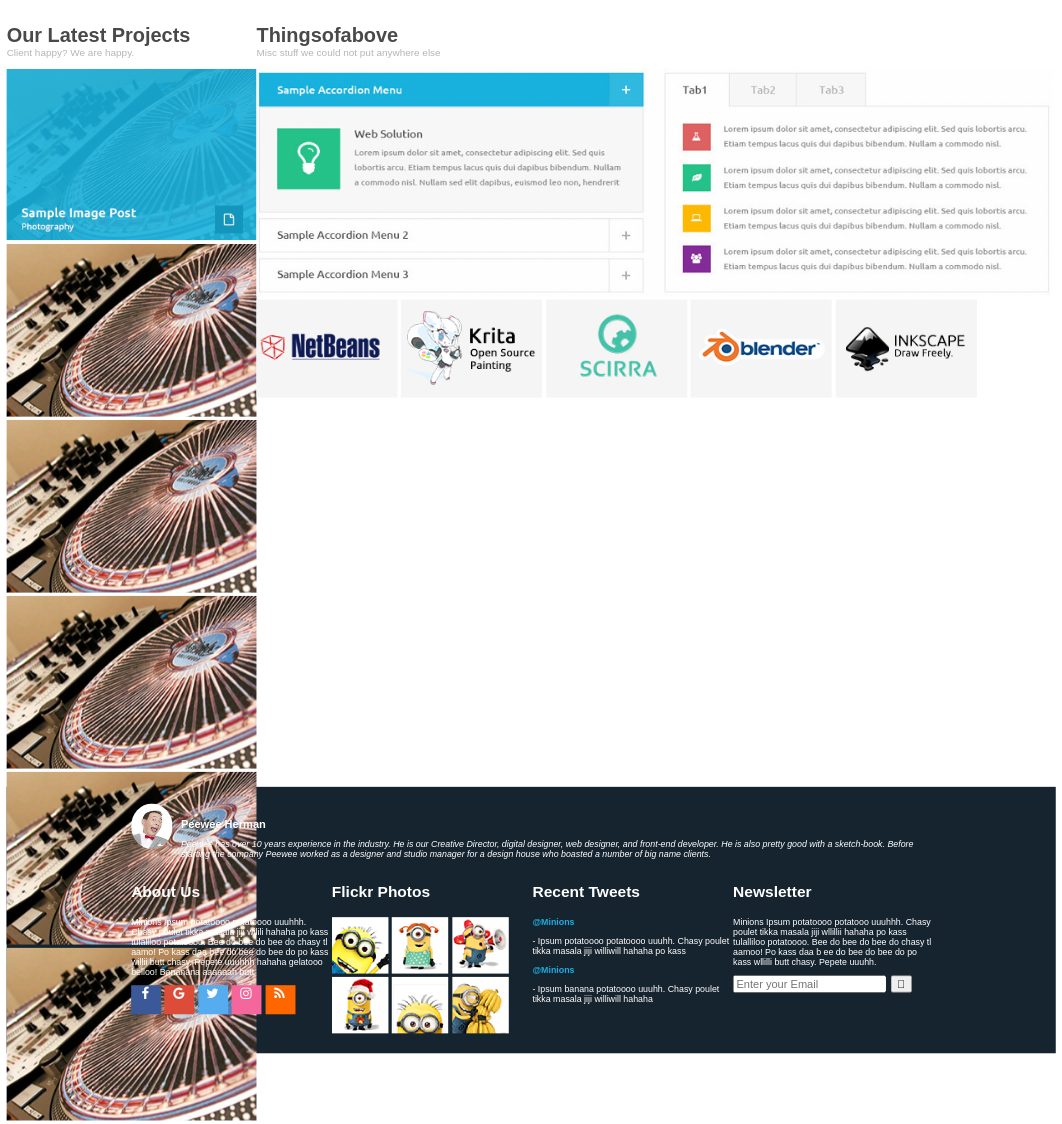
Repository: atran02/project1
Page: index.html
The author's editor kept a copy of each file at every save. The page is drawn from the files as they stood at one save, then again after the next save.
The browser window is 1280 px wide. The pictures show the whole page, at 83% of full size.

Above is the page before, as saved 2022-01-28 23:10:10.

### index.html
<!DOCTYPE html>
<html lang="en">
<head>
  <meta charset="UTF-8">
  <meta http-equiv="X-UA-Compatible" content="IE=edge">
  <meta name="viewport" content="width=device-width, initial-scale=1.0">
  <title>Metrolics</title>
</head>
<link rel="stylesheet" href="/css/metrolics.css">
<body>
  <!-- PART 1: Angelyne -->


  <!-- PART 2: Marian -->

  <!--Our Latest Projects Section-->

<div class="lowerpage">
<div class="latestprojects">
  <h2>Our Latest Projects</h2>
  <p>Client happy? We are happy.</p>
      <div class="gallery">
        <img src="/img/sampleimagepost1.png" alt="Sample Image Post Photography" width="301" height="208">
        <img src="/img/latestprojectphoto2.png" alt="Sample Image Post Photography" width="301" height="208">
        <img src="/img/latestprojectphoto2.png" alt="Sample Image Post Photography" width="301" height="208">
        <img src="/img/latestprojectphoto2.png" alt="Sample Image Post Photography" width="301" height="208">
        <img src="/img/latestprojectphoto2.png" alt="Sample Image Post Photography" width="301" height="208">
        <img src="/img/latestprojectphoto2.png" alt="Sample Image Post Photography" width="301" height="208">
      </div>
</div>

  <!--Things of Above Section-->

  <div class="Thingsofabove">
  <h2>Thingsofabove</h2>
  <p>Misc stuff we could not put anywhere else</p>
      <div class="menutabgallery">
        <img src="/img/sampleaccordionmenu.png" alt="Sample Accordion Menu" width="960" height="275">
      </div>
      <div class="sponsors">
        <img src="/img/netbeans.png" alt="Net Beans" width="170" height="118">
        <img src="/img/krita.png" alt="Krita Open Source Painting" width="170" height="118">
        <img src="/img/scirra.png" alt="Scirra" width="170" height="118">
        <img src="/img/blender.png" alt="Blender" width="170" height="118">
        <img src="/img/inkscape.png" alt="Inkscape Draw Freely" width="170" height="118">
      </div>
  </div>
</div>

  <!-- Footer -->

<div class="footer">
      <div class="peewee">
        <img src="/img/peewee.png" alt="Peewee" width="159px" height="194px" class="avatar">
          <h4>Peewee Herman</h4>
            <p>Peewee has over 10 years experience in the industry. He is our Creative Director, digital designer, web designer, and front-end developer. He is also pretty good with a sketch-book. Before starting the company Peewee worked as a designer and studio manager for a design house who boasted a number of big name clients.</p>
      </div>

      <div class="grid-container">
        <div class="grid-item grid-item-1">
          <div class="aboutus">
            <h3>About Us</h3>
              <p>Minions Ipsum potatoooo potatoooo uuuhhh. Chasy poulet tikka masala jiji wilili hahaha po kass tulallloo potatoooo. Bee do bee do bee do chasy tl aamo! Po kass daa bee do bee do bee do po kass willii butt chasy. Pepete uuuhhh hahaha gelatooo belloo! Bananana aaaaaah butt</p>
                <div class="socialmedia">
                  <link rel="stylesheet" href="https://cdnjs.cloudflare.com/ajax/libs/font-awesome/4.7.0/css/font-awesome.min.css">
                  <a href="#" class="fa fa-facebook"></a>
                  <a href="#" class="fa fa-google"></a>
                  <a href="#" class="fa fa-twitter"></a>
                  <a href="#" class="fa fa-instagram"></a>
                  <a href="#" class="fa fa-rss"></a>
                </div>
          </div>
        </div>

          <div class="flickr">
            <div class="grid-item grid-item-2">
              <h3>Flickr Photos</h3>
                <img src="/img/minion1.png" alt="minion1" width="68px" height="68px">
                <img src="/img/minion2.png" alt="minion2" width="68px" height="68px">
                <img src="/img/minion3.png" alt="minion3" width="68px" height="68px">
                <img src="/img/minion4.png" alt="minion4" width="68px" height="68px">
                <img src="/img/minion5.png" alt="minion5" width="68px" height="68px">
                <img src="/img/minion6.png" alt="minion6" width="68px" height="68px">
            </div>
          </div>

          <div class="recenttweets">
            <div class="grid-item grid-item-3">
              <h3>Recent Tweets</h3>
              <p><a href="https://twitter.com/Minions">@Minions</a></p>
              <p>- Ipsum potatoooo potatoooo uuuhh. Chasy poulet tikka masala jiji williwill hahaha po kass</p>


              <p><a href="https://twitter.com/Minions">@Minions</a></p>
              <p>- Ipsum banana potatoooo uuuhh. Chasy poulet tikka masala jiji williwill hahaha</p>
            </div>
          </div>

          <div class="Newsletter">
            <div class="grid-item grid-item-4">
              <h3>Newsletter</h3>
              <p>Minions Ipsum potatoooo potatooo uuuhhh. Chasy poulet tikka masala jiji wllillii hahaha po kass tulalliloo potatoooo. Bee do bee do bee do chasy tl aamoo! Po kass daa b ee do bee do bee do po kass wllilli butt chasy. Pepete uuuhh.</p>

              <form class="formemail" action="/action_page.php">
              <input type="email" id="email" placeholder="Enter your Email" name="email">
              <button class="btn-send"></button>
              </form>
            </div>
          </div>
      </div>
</div>
</body>
</html>

### css/metrolics.css
/* Lowerpage Draft */
.lowerpage {
    display: flex;
    max-width: 900px;
    max-height: 900px;
}

/*Our Latest Projects*/
.latestprojects, .Thingsofabove, .footer {
    font-family: 'Ubuntu', sans-serif;
    margin: 0;
}

h2 {
    margin-bottom: 0;
    color: #494949;
}

.latestprojects p {
    font-size: 12px;
    color: #b6b5b5;
    margin-top: 0;
}
/* Thingsofabove */
.Thingsofabove p {
    font-size: 12px;
    color: #b6b5b5;
    margin-top: 0;
}

/* Footer */
.grid-container {
    display: grid;
    grid-template-columns: 1fr 1fr 1fr 1fr;
    grid-gap: 3px;
}
.footer {
    background-color: #16242f;
    color: white;
    margin-top: 40px;
    padding: 20px 150px 20px 150px;

}

/* Peewee Info */
.peewee {
    display: grid;
    grid-template-areas:
    "b a a"
    "b c c"
    "b c c"
}
.peewee img {
    border-radius: 100%;
    width: 50px;
    height: 55px;
    grid-area: b;
    margin-bottom: 0;
    padding-bottom: 0;
}
h4 {
    font-size: 10pt;
    grid-area: a;
    margin-bottom: 10px;
    padding-left: 10px;
}
.peewee p {
    font-size: 8pt;
    font-style: italic;
    grid-area: c;
    margin-top: 0;
    padding-left: 10px;
}

/* About Us */
.aboutus p {
    font-size: 8pt;
}
/* Social Media Icons */
.fa {
    padding: 2px 2px 0px 0px;
    font-size: 10px;
    width: 34px;
    height: 33px;
    text-align: center;
    text-decoration: none;
    margin: 0;
}
.fa-facebook {
    background: #3B5998;
    color: white;
}
.fa-google {
    background: #dd4b39;
    color: white;
}
.fa-twitter {
    background: #55ACEE;
    color: white;
}
.fa-instagram {
    background: #f5679c;
    color: white;
}
.fa-rss {
    background: #ff6600;
    color: white;
}

/* Recent Tweets */
.recenttweets a {
    color: #1bade5;
    text-decoration: none;
    font-weight: bold;
}
.recenttweets p {
    font-size: 8pt;
}

/* Newsletter */
.Newsletter p {
    font-size: 8pt;
}

After the next save:
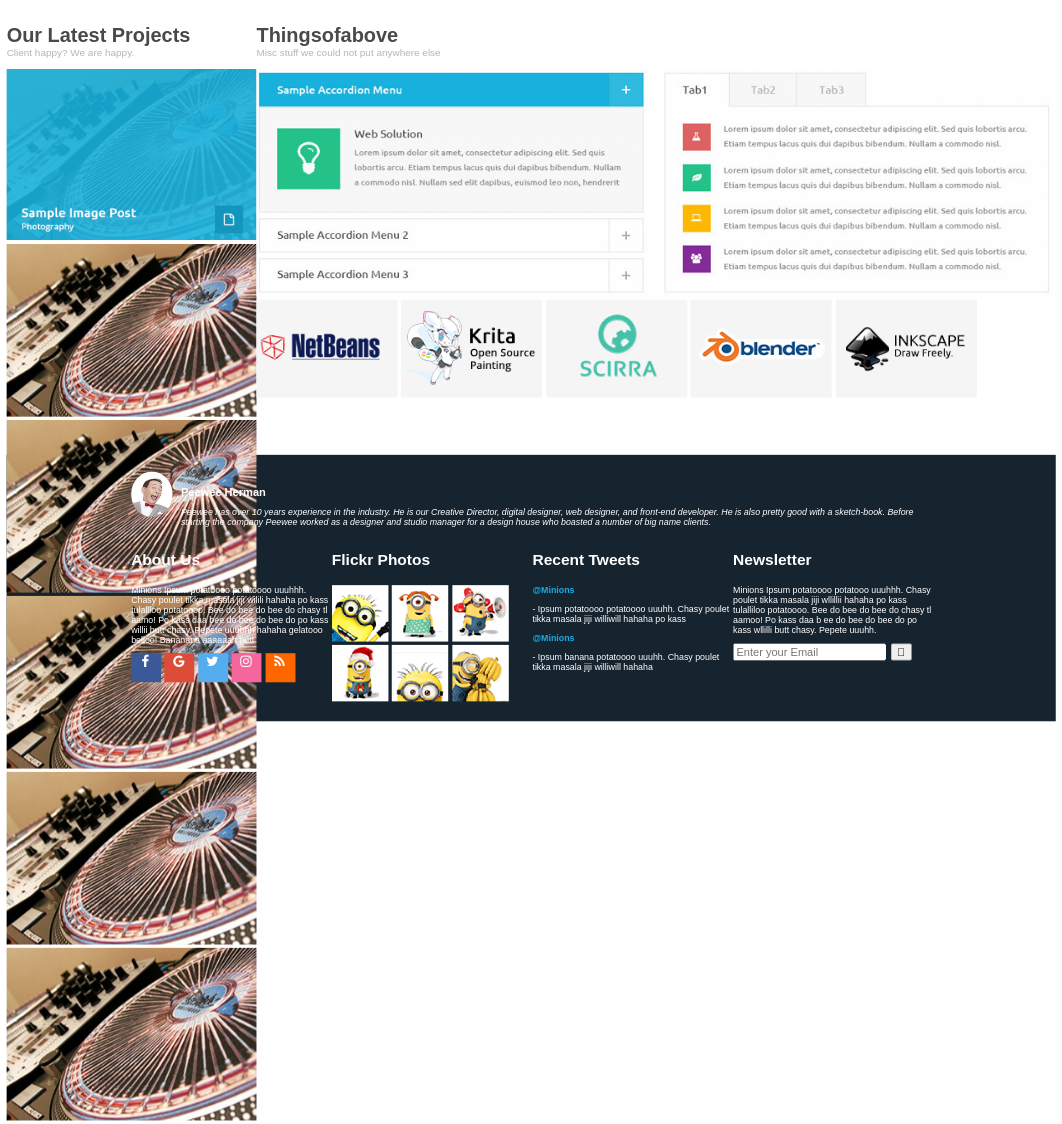
Saved 8 s later.
--- a/css/metrolics.css
+++ b/css/metrolics.css
@@ -2,7 +2,7 @@
 .lowerpage {
     display: flex;
     max-width: 900px;
-    max-height: 900px;
+    max-height: 500px;
 }
 
 /*Our Latest Projects*/
